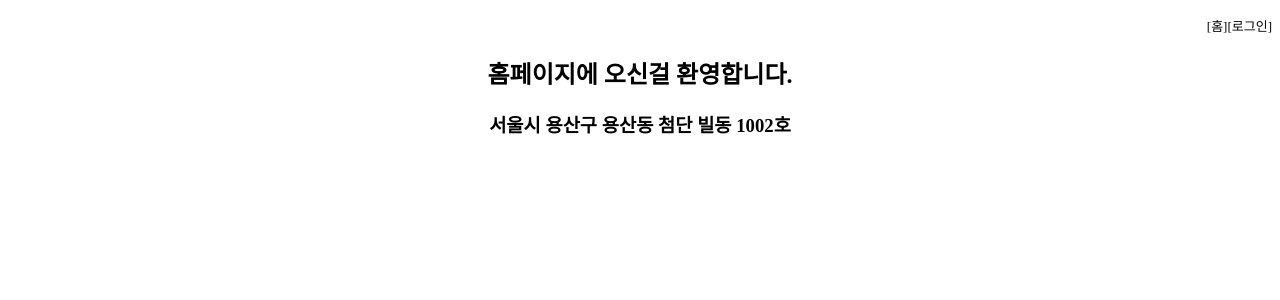
Repository: LTaeHoon/javajsp_ncs
Page: http://localhost/chap02_Directive_Object/directive/includeTest.jsp
These files come from the project's save history. The page is drawn as it stood at one moment and after a run of saves; the edit follows.
The browser window is 1280 px wide. The pictures show the whole page.
The page is served by Tomcat 9. Other server files are loaded and not shown.

Above is the page before, as saved 2017-01-12 06:07:46.

### chap02_Directive_Object/WebContent/directive/includeTest.jsp
<%@ page language="java" contentType="text/html; charset=UTF-8"
    pageEncoding="UTF-8"%>
<!--  jsp 지시어?
	- 웹 컨테이너(Tomcat)에게 정보를 지시하는 역할
	형식) <%--<%@ 지시어 %> --%>
	종류)
		-page, include, taglib 등
		1. page 지시어 : 현재 페이지 정보(언어, 문서타입, 인코딩방식)를 웹컨테이너에 제공
		2. include 지시어 : 외부파일(*.html, *.jsp)을 현재 파일에 포함시키는 역할
			형식)<%-- <%@include file="파일경로/파일명" %> --%>
		3. taglib : EL, JSTL 커스텀 태크를 이용하여 view page 구현 시 사용
 -->

<%@include file="./include/header.jsp"%>


<%@include file="./include/footer.jsp"%>

### chap02_Directive_Object/WebContent/directive/include/header.jsp
<%@ page language="java" contentType="text/html; charset=UTF-8"
    pageEncoding="UTF-8"%>
<!DOCTYPE html PUBLIC "-//W3C//DTD HTML 4.01 Transitional//EN" "http://www.w3.org/TR/html4/loose.dtd">
<html>
<head>
<meta http-equiv="Content-Type" content="text/html; charset=UTF-8">
<title>문서 머리말</title>
</head>
<body>
	<p align ="right">
		<font size="2">[홈][로그인]</font>
	</p>
	<h2 align="center"> 홈페이지에 오신걸 환영합니다. </h2>

</body>
</html>

### chap02_Directive_Object/WebContent/directive/include/footer.jsp
<%@ page language="java" contentType="text/html; charset=UTF-8"
    pageEncoding="UTF-8"%>
<!DOCTYPE html PUBLIC "-//W3C//DTD HTML 4.01 Transitional//EN" "http://www.w3.org/TR/html4/loose.dtd">
<html>
<head>
<meta http-equiv="Content-Type" content="text/html; charset=UTF-8">
<title>꼬리말</title>
</head>
<body>
	<h3 align="center">서울시 용산구 용산동 첨단 빌동 1002호</h3>
</body>
</html>

After the next 2 saves:
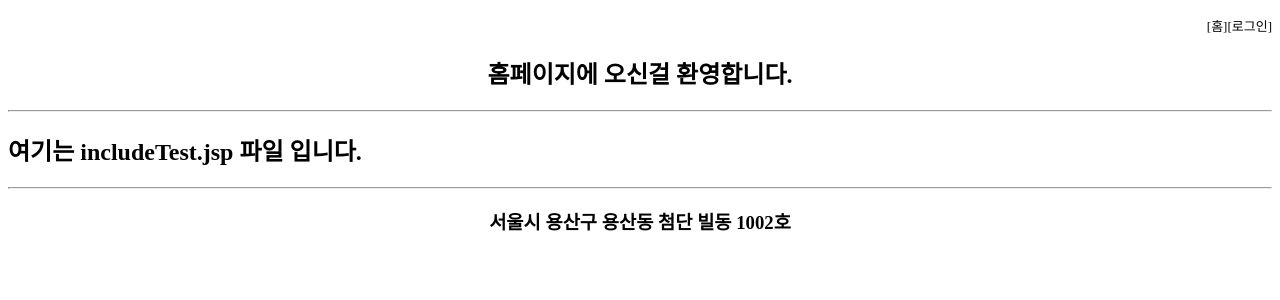
The 2 saves are shown as one change because they came seconds apart.
The last was saved 45 s later.
--- a/chap02_Directive_Object/WebContent/directive/includeTest.jsp
+++ b/chap02_Directive_Object/WebContent/directive/includeTest.jsp
@@ -12,6 +12,7 @@
  -->
 
 <%@include file="./include/header.jsp"%>
-
-
+<hr>
+	<h2>여기는 includeTest.jsp 파일 입니다.</h2>
+<hr>
 <%@include file="./include/footer.jsp"%>
